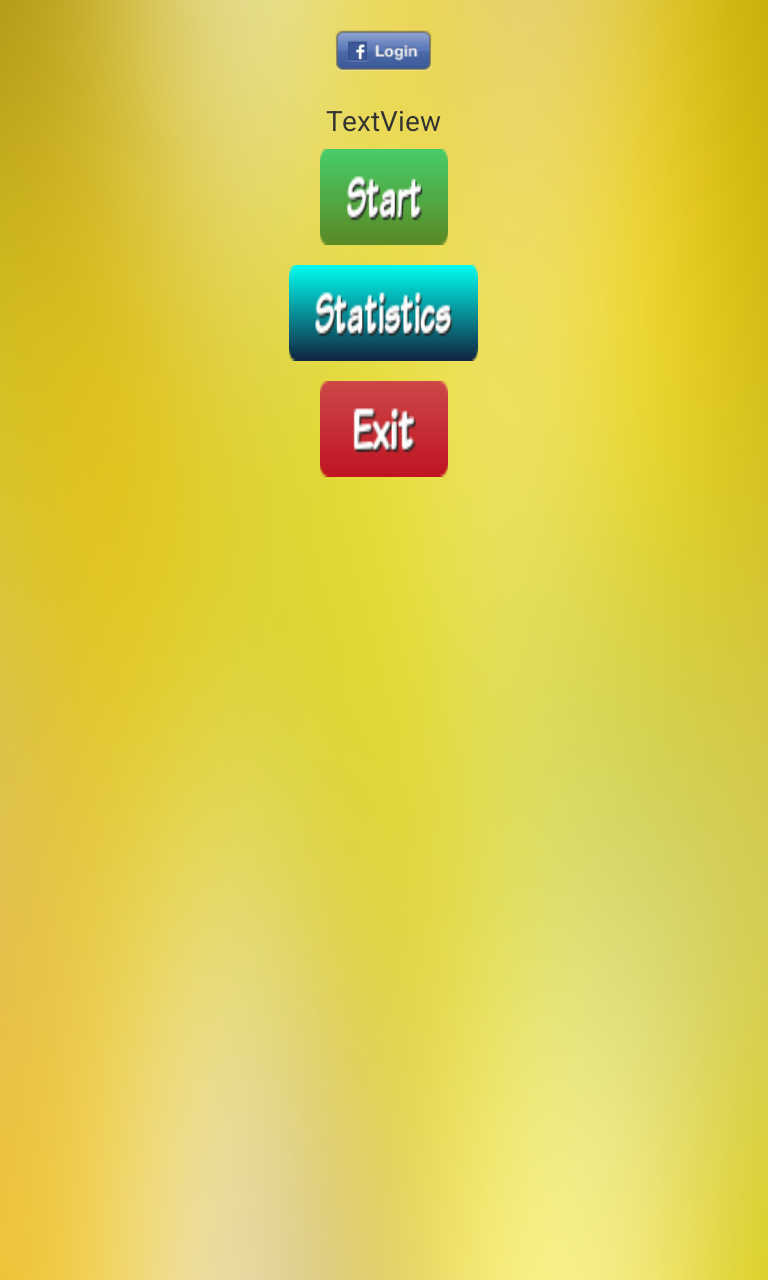
Repository: kingstonbg/workspaceAndroid
Layout: TaxiRoute/res/layout/activity_main_menu.xml
The author's editor kept a copy of each file at every save. The layout is drawn from the files as they stood at one save, then again after the next save.
It is drawn on a 768 x 1280 px phone screen (xhdpi) without system bars, with theme AppTheme; the app's code is not run.

Above is the layout before, as saved 2013-02-18 14:10:52.

After the next save:
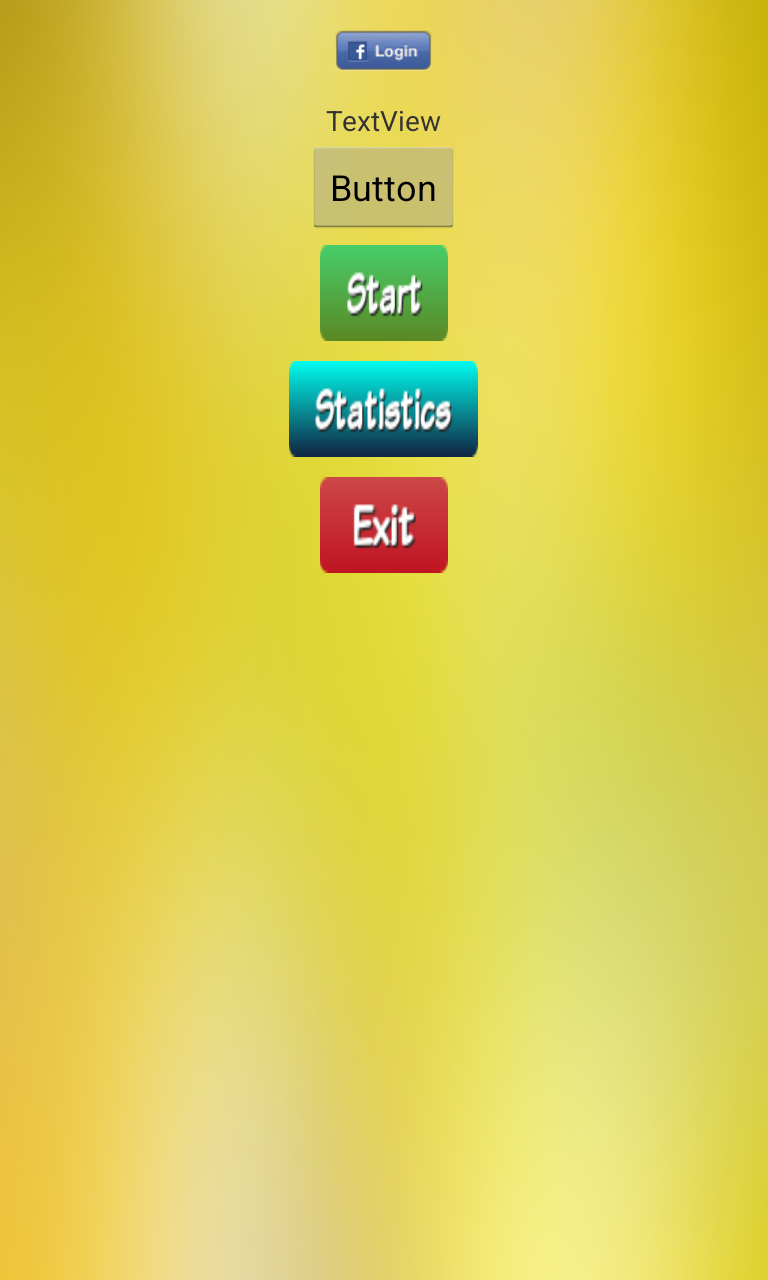
Saved 108 s later.
--- a/TaxiRoute/res/layout/activity_main_menu.xml
+++ b/TaxiRoute/res/layout/activity_main_menu.xml
@@ -18,6 +18,12 @@
         android:layout_width="wrap_content"
         android:layout_height="wrap_content"
         android:text="TextView" />
+
+    <Button
+        android:id="@+id/share"
+        android:layout_width="wrap_content"
+        android:layout_height="wrap_content"
+        android:text="Button" />
 
     <Button
         android:id="@+id/buttonStart"
